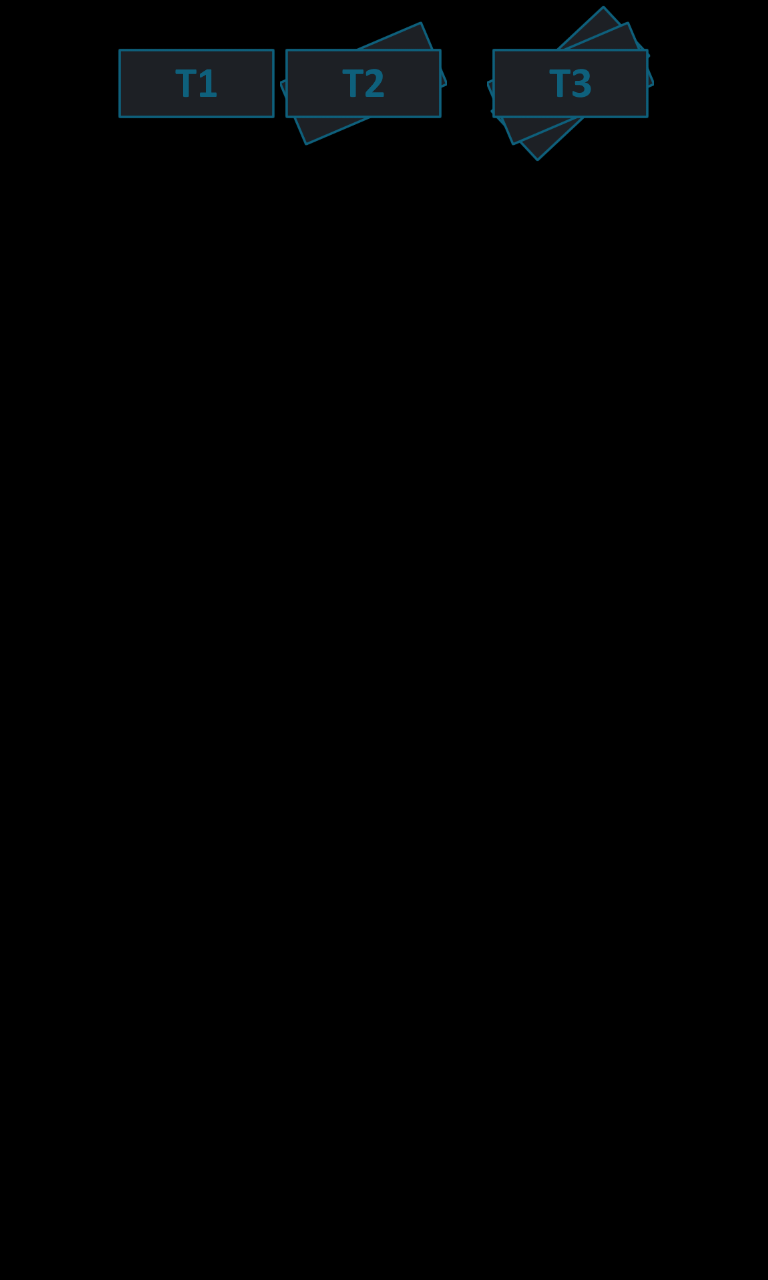
Repository: Nelspike/BusTicketer
Layout: PassengerMode/res/layout/fragment_show_tickets.xml
An editor plug-in stored every save of this project. The layout is shown before and after the next save, followed by the edit.
It is drawn on a 768 x 1280 px phone screen (xhdpi) without system bars, with theme AppTheme; the app's code is not run.

Above is the layout before, as saved 2013-10-19 20:02:08.

### PassengerMode/res/layout/fragment_show_tickets.xml
<FrameLayout xmlns:android="http://schemas.android.com/apk/res/android"
    xmlns:tools="http://schemas.android.com/tools"
    android:layout_width="match_parent"
    android:layout_height="match_parent"
    tools:context=".ShowTicketsFragment" >

	<RadioGroup
	    android:layout_width="match_parent"
	    android:layout_height="wrap_content"
	    android:orientation="horizontal"
	    android:gravity="center">

	    <RadioButton
	        android:button="@drawable/t1"/>

	    <RadioButton
	        android:button="@drawable/t2"
	        android:paddingLeft="10dp"
	        android:paddingRight="10dp"/>

	    <RadioButton
	        android:button="@drawable/t3"/>

	</RadioGroup>


</FrameLayout>

### PassengerMode/res/values/styles.xml
<resources>

    <!--
        Base application theme, dependent on API level. This theme is replaced
        by AppBaseTheme from res/values-vXX/styles.xml on newer devices.
    -->
    <style name="AppBaseTheme" parent="android:Theme.Holo">
        <!--
            Theme customizations available in newer API levels can go in
            res/values-vXX/styles.xml, while customizations related to
            backward-compatibility can go here.
        -->
    </style>

    <!-- Application theme. -->
    <style name="AppTheme" parent="android:Theme.Holo">
        <!-- All customizations that are NOT specific to a particular API-level can go here. -->
    </style>

</resources>

After the next save:
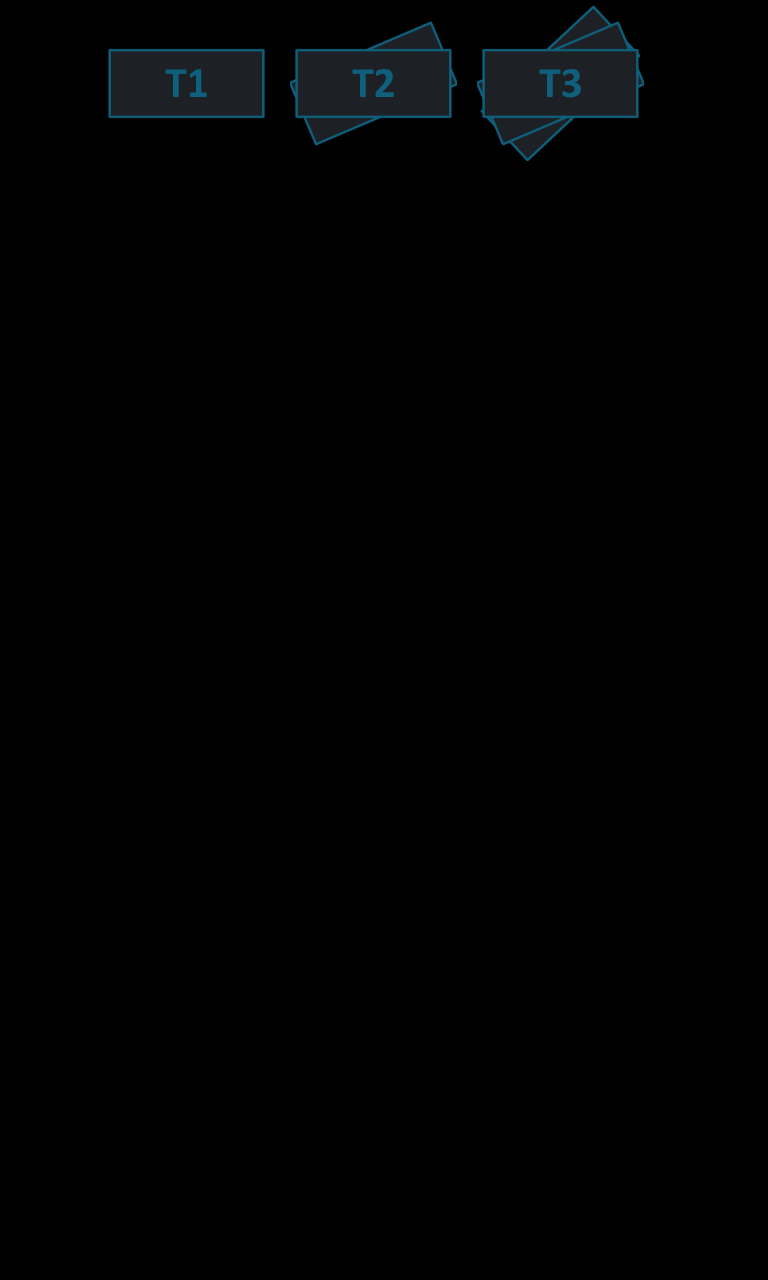
Saved 19 s later.
--- a/PassengerMode/res/layout/fragment_show_tickets.xml
+++ b/PassengerMode/res/layout/fragment_show_tickets.xml
@@ -11,15 +11,16 @@
 	    android:gravity="center">
 
 	    <RadioButton
-	        android:button="@drawable/t1"/>
+	        android:button="@drawable/t1"
+	        android:paddingLeft="10dp"/>
 
 	    <RadioButton
 	        android:button="@drawable/t2"
-	        android:paddingLeft="10dp"
-	        android:paddingRight="10dp"/>
+	        android:paddingLeft="10dp"/>
 
 	    <RadioButton
-	        android:button="@drawable/t3"/>
+	        android:button="@drawable/t3"
+	        android:paddingLeft="10dp"/>
 
 	</RadioGroup>
 
